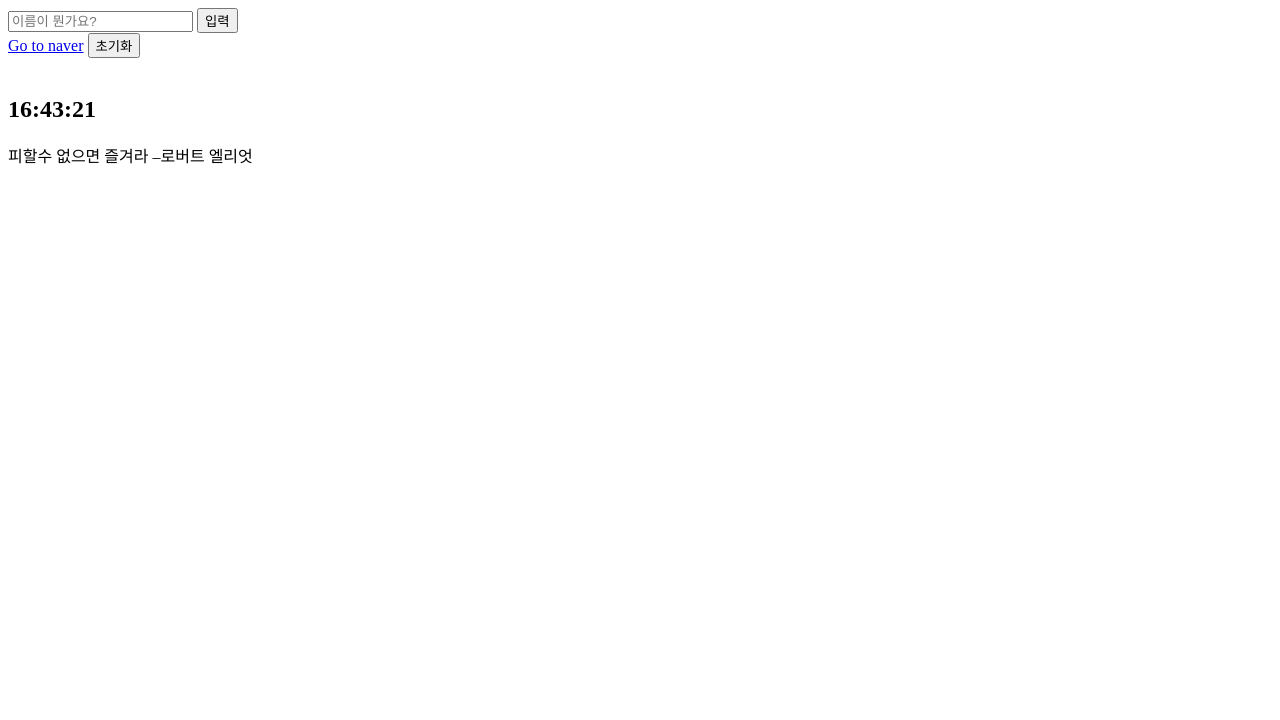
Repository: jun01270/F-E-practice
Page: index.html
These files come from the project's save history. The page is drawn as it stood at one moment and after the next save; the edit follows.
The browser window is 1280 px wide. The pictures show the whole page.

Above is the page before, as saved 2022-12-23 10:02:36.

### index.html
<!DOCTYPE html>
<html lang="en">
  <head>
    <meta charset="UTF-8" />
    <meta http-equiv="X-UA-Compatible" content="IE=edge" />
    <meta name="viewport" content="width=device-width, initial-scale=1.0" />
    <link rel="stylesheet" href="/css/style.css" />
    <title>Document</title>
  </head>
  <body>
    <form id="userName-form" class="hidden">
      <input required type="text" placeholder="이름이 뭔가요?" />
      <input type="submit" value="입력" />
    </form>
    <div>
      <a href="https://naver.com">Go to naver</a>
      <h1 id="result" class="hidden"></h1>
      <button class="boom">초기화</button>
    </div>
    <br />
    <h2 id="clock">00:00:00</h2>
    <div id="quote">
      <span></span>
      <span></span>
    </div>
    <script src="/js/greeting.js"></script>
    <script src="/js/clock.js"></script>
    <script src="/js/quotes.js"></script>
    <script src="/js/background.js"></script>
  </body>
</html>

### js/greeting.js
const userNameBtn = document.querySelector("#userName-form submit");
const userName = document.querySelector("#userName-form input");
const loginForm = document.querySelector("#userName-form");
const firstH1 = document.getElementById("result");
const SavedUserName = localStorage.getItem("username");
const HIDDEN_CLASSNAME = "hidden";
const toStart = document.querySelector("button.boom");

function loginResult(e) {
  e.preventDefault();
  loginForm.classList.add(HIDDEN_CLASSNAME);
  const userName1 = userName.value;
  localStorage.setItem("username", userName1);
  paintUserName();
}

function paintUserName() {
  const userName1 = localStorage.getItem("username");
  firstH1.innerText = `Hello ${userName1}`;
  firstH1.classList.remove(HIDDEN_CLASSNAME);
}

if (SavedUserName === null) {
  loginForm.classList.remove(HIDDEN_CLASSNAME);
  loginForm.addEventListener("submit", loginResult);
} else {
  paintUserName();
}

function deleteUserName() {
  localStorage.removeItem("username");
  location.reload();
}

toStart.addEventListener("click", deleteUserName);
console.log(toStart.className);

### js/clock.js
const clock = document.querySelector("h2#clock");

function getClock() {
  const date = new Date();
  let Hours = String(date.getHours()).padStart(2, "0");
  let Minutes = String(date.getMinutes()).padStart(2, "0");
  let Seconds = String(date.getSeconds()).padStart(2, "0");
  console.log(`${date.getHours()}:${date.getMinutes()}:${date.getSeconds()}`);
  clock.innerText = `${Hours}:${Minutes}:${Seconds}`;
}

getClock();
setInterval(getClock, 1000);

### js/quotes.js
const quotes = [
  {
    quote: "삶이 있는 한 희망은 있다",
    author: "-키케로",
  },
  {
    quote: "산다는것 그것은 치열한 전투이다.",
    author: "-로망로랑",
  },
  {
    quote: "하루에 3시간을 걸으면 7년 후에 지구를 한바퀴 돌 수 있다. ",
    author: "-사무엘존슨",
  },
  {
    quote: "언제나 현재에 집중할수 있다면 행복할것이다. ",
    author: "-파울로 코엘료",
  },
  {
    quote:
      "진정으로 웃으려면 고통을 참아야하며 , 나아가 고통을 즐길 줄 알아야 해 ",
    author: "-찰리 채플린",
  },
  {
    quote: "직업에서 행복을 찾아라. 아니면 행복이 무엇인지 절대 모를 것이다 ",
    author: "-엘버트 허버드",
  },
  {
    quote: "신은 용기있는자를 결코 버리지 않는다 ",
    author: "-켄러",
  },
  {
    quote:
      "행복의 문이 하나 닫히면 다른 문이 열린다 그러나 우리는 종종 닫힌 문을 멍하니 바라보다가 우리를 향해 열린 문을 보지 못하게 된다 ",
    author: "–헬렌켈러",
  },
  {
    quote: "피할수 없으면 즐겨라 ",
    author: "–로버트 엘리엇",
  },
];
const quoteCount = quotes.length;
const quote = document.querySelector("#quote span:first-child");
const author = document.querySelector("#quote span:last-child");
const todaysQuote = quotes[Math.floor(Math.random() * quoteCount)];

function showQuote() {
  console.log(quotes[Math.floor(Math.random() * quoteCount)]);
  quote.innerText = todaysQuote.quote;
  author.innerText = todaysQuote.author;
}

setInterval(showQuote, 1000);

### js/background.js
const images = ["flower.jpg", "street.jpg", "tree.jpg"];
const chosenImage = images[Math.floor(Math.random() * images.length)];

Loaded but not shown: css/style.css (common file)

After the next save:
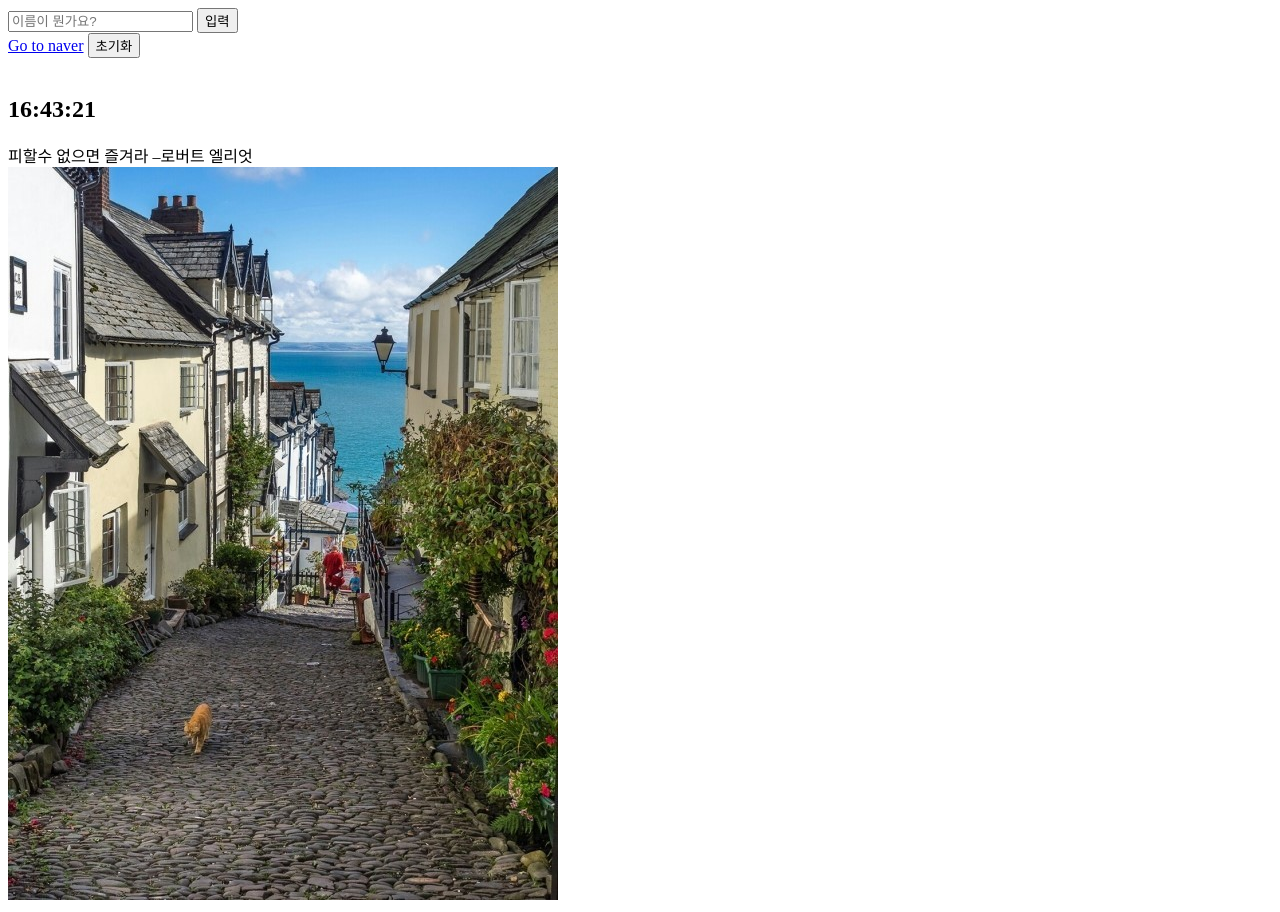
Saved 12 min 5 s later.
--- a/js/background.js
+++ b/js/background.js
@@ -1,2 +1,7 @@
 const images = ["flower.jpg", "street.jpg", "tree.jpg"];
 const chosenImage = images[Math.floor(Math.random() * images.length)];
+const bgImage = document.createElement("img");
+
+bgImage.src = `img/${chosenImage}`;
+
+document.body.appendChild(bgImage);
